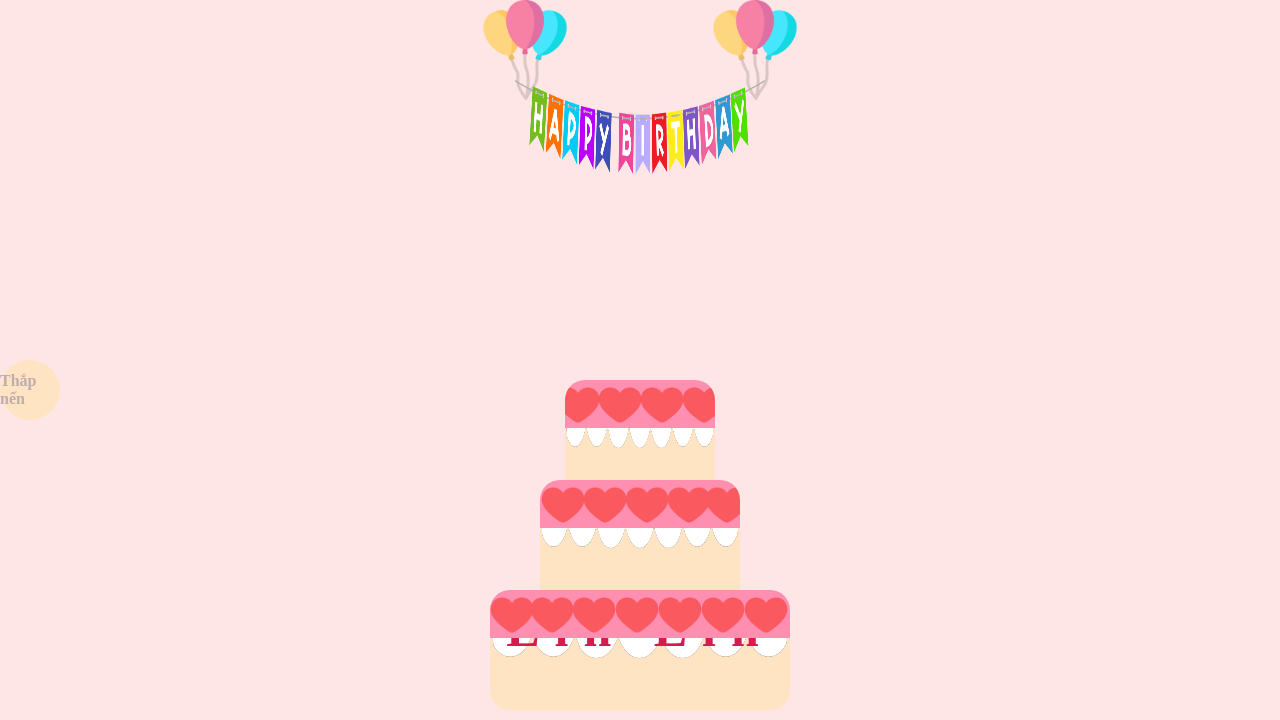
Repository: iphoneboy46/happybirthday
Page: index.html
An editor plug-in stored every save of this project. The page is shown before and after the next save, followed by the edit.
The browser window is 1280 px wide. The pictures show the whole page.
Some web fonts or font styles are not loaded; a fallback is used.

Above is the page before, as saved 2022-11-28 21:33:22.

After the next save:
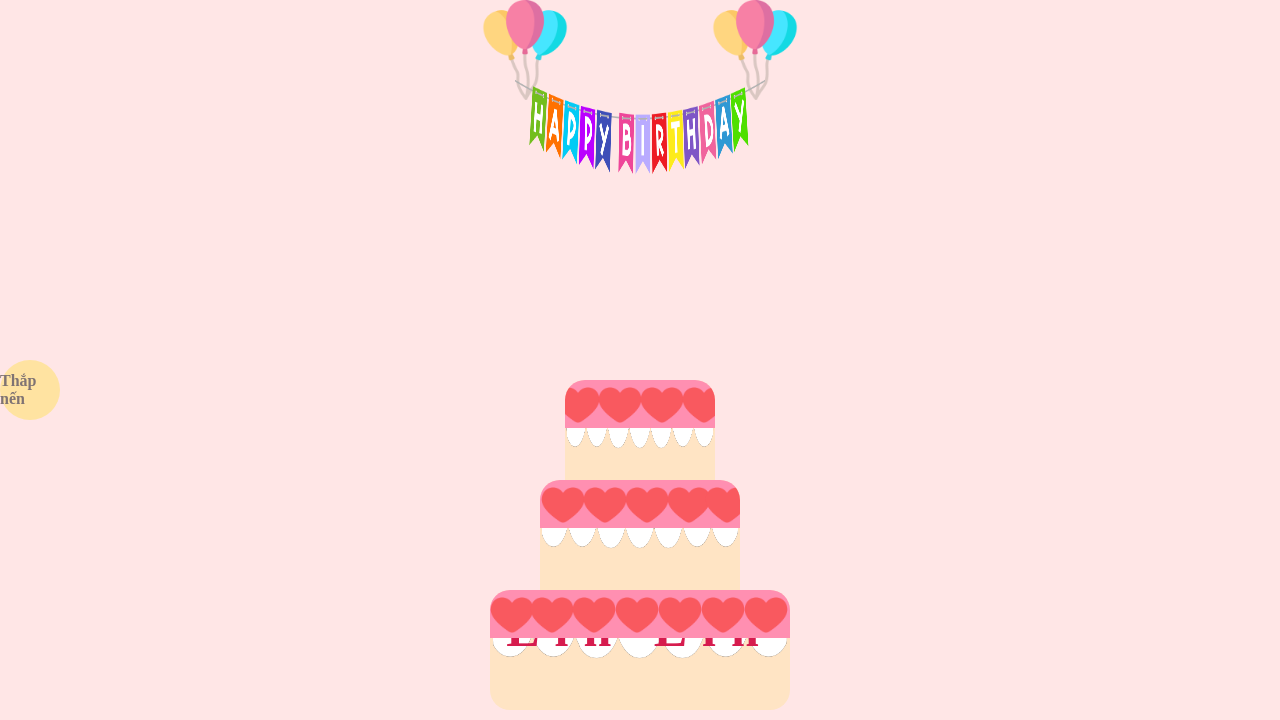
Saved 4 s later.
--- a/style.css
+++ b/style.css
@@ -586,7 +586,7 @@ body {
     left: 0;
     user-select: none;
     background-color: #FFE15D;
-    animation: thapNen linear 20s;
+    animation: thapNen linear 10s;
     opacity: 1;
 }
 
